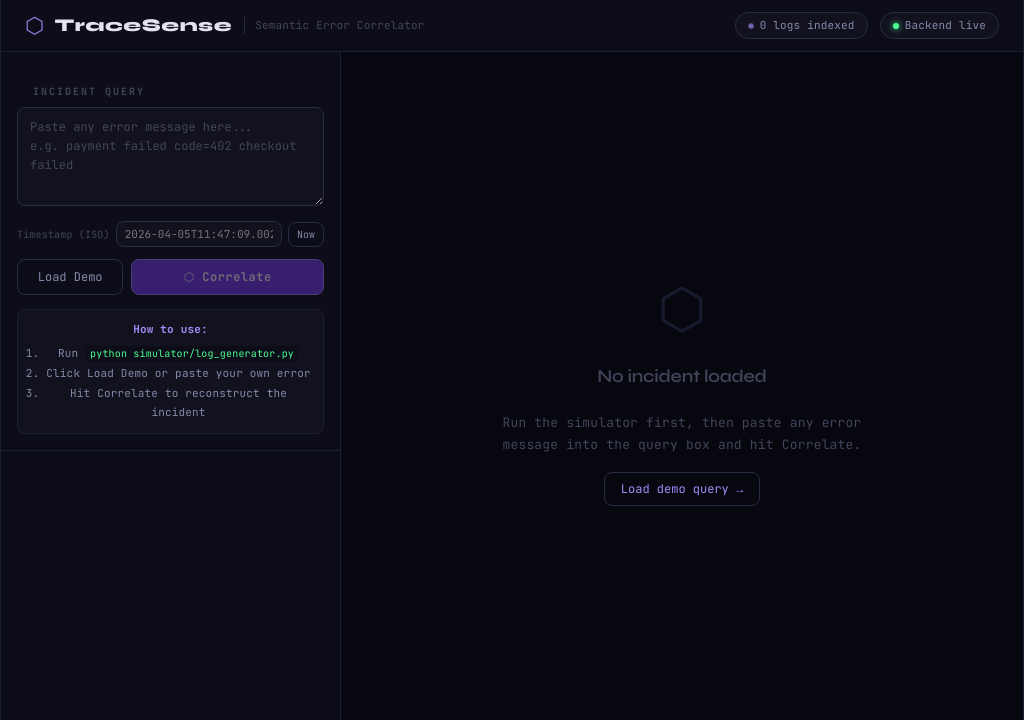
Repository: SaranyaM15/AI_Engineer_Journey
Page: / (app in tracesense/frontend/)
An editor plug-in stored every save of this project. The page is shown before and after the next save, followed by the edit.
The browser window is 1024 px wide. The pictures show the whole page.
The page's requests for data from a server got no answer. The project was rebuilt for these pictures with package versions that can differ from the ones it lists, and the page was loaded fresh each time. No one was signed in, and anything a server would have sent is missing. Also part of the build but not shown: tracesense/frontend/vite.config.js, tracesense/frontend/src/components/Timeline.jsx, tracesense/frontend/src/components/LogFeed.jsx.

Above is the page before, as saved 2026-04-05 13:13:16.

### tracesense/frontend/src/index.css
:root {
  --text: #6b6375;
  --text-h: #08060d;
  --bg: #fff;
  --border: #e5e4e7;
  --code-bg: #f4f3ec;
  --accent: #aa3bff;
  --accent-bg: rgba(170, 59, 255, 0.1);
  --accent-border: rgba(170, 59, 255, 0.5);
  --social-bg: rgba(244, 243, 236, 0.5);
  --shadow:
    rgba(0, 0, 0, 0.1) 0 10px 15px -3px, rgba(0, 0, 0, 0.05) 0 4px 6px -2px;

  --sans: system-ui, 'Segoe UI', Roboto, sans-serif;
  --heading: system-ui, 'Segoe UI', Roboto, sans-serif;
  --mono: ui-monospace, Consolas, monospace;

  font: 18px/145% var(--sans);
  letter-spacing: 0.18px;
  color-scheme: light dark;
  color: var(--text);
  background: var(--bg);
  font-synthesis: none;
  text-rendering: optimizeLegibility;
  -webkit-font-smoothing: antialiased;
  -moz-osx-font-smoothing: grayscale;

  @media (max-width: 1024px) {
    font-size: 16px;
  }
}

@media (prefers-color-scheme: dark) {
  :root {
    --text: #9ca3af;
    --text-h: #f3f4f6;
    --bg: #16171d;
    --border: #2e303a;
    --code-bg: #1f2028;
    --accent: #c084fc;
    --accent-bg: rgba(192, 132, 252, 0.15);
    --accent-border: rgba(192, 132, 252, 0.5);
    --social-bg: rgba(47, 48, 58, 0.5);
    --shadow:
      rgba(0, 0, 0, 0.4) 0 10px 15px -3px, rgba(0, 0, 0, 0.25) 0 4px 6px -2px;
  }

  #social .button-icon {
    filter: invert(1) brightness(2);
  }
}

body {
  margin: 0;
}

#root {
  width: 1126px;
  max-width: 100%;
  margin: 0 auto;
  text-align: center;
  border-inline: 1px solid var(--border);
  min-height: 100svh;
  display: flex;
  flex-direction: column;
  box-sizing: border-box;
}

h1,
h2 {
  font-family: var(--heading);
  font-weight: 500;
  color: var(--text-h);
}

h1 {
  font-size: 56px;
  letter-spacing: -1.68px;
  margin: 32px 0;
  @media (max-width: 1024px) {
    font-size: 36px;
    margin: 20px 0;
  }
}
h2 {
  font-size: 24px;
  line-height: 118%;
  letter-spacing: -0.24px;
  margin: 0 0 8px;
  @media (max-width: 1024px) {
    font-size: 20px;
  }
}
p {
  margin: 0;
}

code,
.counter {
  font-family: var(--mono);
  display: inline-flex;
  border-radius: 4px;
  color: var(--text-h);
}

code {
  font-size: 15px;
  line-height: 135%;
  padding: 4px 8px;
  background: var(--code-bg);
}

### tracesense/frontend/src/App.jsx
import { useState, useEffect } from "react";
import axios from "axios";
import Timeline from "./components/Timeline";
import QueryPanel from "./components/QueryPanel";
import LogFeed from "./components/LogFeed";
import "./App.css";

const API = "http://localhost:8000";

export default function App() {
  const [query, setQuery] = useState("");
  const [timestamp, setTimestamp] = useState("");
  const [cluster, setCluster] = useState(null);
  const [loading, setLoading] = useState(false);
  const [logCount, setLogCount] = useState(0);
  const [error, setError] = useState(null);
  const [simulatorRunning, setSimulatorRunning] = useState(false);

  useEffect(() => {
    fetchLogCount();
    const interval = setInterval(fetchLogCount, 5000);
    return () => clearInterval(interval);
  }, []);

  async function fetchLogCount() {
    try {
      const res = await axios.get(`${API}/logs/count`);
      setLogCount(res.data.total_logs_stored);
    } catch {
      // backend not reachable yet
    }
  }

  async function runCorrelation() {
    if (!query.trim()) return;
    setLoading(true);
    setError(null);
    setCluster(null);

    const ts = timestamp || new Date().toISOString();

    try {
      const res = await axios.post(`${API}/correlate`, {
        message: query,
        timestamp: ts,
      });
      setCluster(res.data);
    } catch (e) {
      setError("Could not reach backend. Make sure uvicorn is running on :8000");
    } finally {
      setLoading(false);
    }
  }

  function handleDemo() {
    setQuery("payment failed code=402 checkout failed");
    setTimestamp("2026-04-05T11:47:09.002Z");
  }

  return (
    <div className="app">
      {/* Top Bar */}
      <header className="topbar">
        <div className="topbar-left">
          <span className="logo-icon">⬡</span>
          <span className="logo-text">TraceSense</span>
          <span className="logo-sub">Semantic Error Correlator</span>
        </div>
        <div className="topbar-right">
          <div className="stat-pill">
            <span className="stat-dot pulse" />
            <span>{logCount.toLocaleString()} logs indexed</span>
          </div>
          <div className="status-pill">
            <span className="status-dot" />
            <span>Backend live</span>
          </div>
        </div>
      </header>

      <div className="layout">
        {/* Left Panel */}
        <aside className="left-panel">
          <QueryPanel
            query={query}
            setQuery={setQuery}
            timestamp={timestamp}
            setTimestamp={setTimestamp}
            onCorrelate={runCorrelation}
            onDemo={handleDemo}
            loading={loading}
          />
          {cluster && (
            <LogFeed cluster={cluster} />
          )}
        </aside>

        {/* Main Timeline */}
        <main className="main-panel">
          {!cluster && !loading && (
            <div className="empty-state">
              <div className="empty-icon">⬡</div>
              <h2>No incident loaded</h2>
              <p>
                Run the simulator first, then paste any error message into
                the query box and hit Correlate.
              </p>
              <button className="demo-hint" onClick={handleDemo}>
                Load demo query →
              </button>
            </div>
          )}
          {loading && (
            <div className="empty-state">
              <div className="spinner" />
              <p>Correlating across services...</p>
            </div>
          )}
          {error && (
            <div className="empty-state error-state">
              <p>{error}</p>
            </div>
          )}
          {cluster && !loading && (
            <Timeline cluster={cluster} />
          )}
        </main>
      </div>
    </div>
  );
}

### tracesense/frontend/src/components/QueryPanel.jsx
export default function QueryPanel({
  query, setQuery, timestamp, setTimestamp,
  onCorrelate, onDemo, loading
}) {
  return (
    <div className="query-panel">
      <div className="panel-label">INCIDENT QUERY</div>

      <textarea
        className="query-input"
        placeholder="Paste any error message here...&#10;e.g. payment failed code=402 checkout failed"
        value={query}
        onChange={e => setQuery(e.target.value)}
        rows={4}
      />

      <div className="ts-row">
        <label className="ts-label">Timestamp (ISO)</label>
        <input
          className="ts-input"
          placeholder="2026-04-05T11:47:09.002Z"
          value={timestamp}
          onChange={e => setTimestamp(e.target.value)}
        />
        <button
          className="now-btn"
          onClick={() => setTimestamp(new Date().toISOString())}
        >
          Now
        </button>
      </div>

      <div className="btn-row">
        <button className="demo-btn" onClick={onDemo}>
          Load Demo
        </button>
        <button
          className="correlate-btn"
          onClick={onCorrelate}
          disabled={loading || !query.trim()}
        >
          {loading ? "Correlating..." : "⬡ Correlate"}
        </button>
      </div>

      <div className="hint-box">
        <strong>How to use:</strong>
        <ol>
          <li>Run <code>python simulator/log_generator.py</code></li>
          <li>Click <em>Load Demo</em> or paste your own error</li>
          <li>Hit <em>Correlate</em> to reconstruct the incident</li>
        </ol>
      </div>
    </div>
  );
}

### tracesense/frontend/src/App.css
@import url('https://fonts.googleapis.com/css2?family=JetBrains+Mono:wght@400;500;700&family=Syne:wght@400;600;800&display=swap');

/* ── Variables ── */
:root {
  --bg:         #070710;
  --bg2:        #0d0d1a;
  --bg3:        #12121f;
  --border:     #1e1e35;
  --border2:    #2a2a45;
  --accent:     #a78bfa;
  --accent2:    #7c3aed;
  --text:       #e2e2f0;
  --text2:      #8888aa;
  --text3:      #44445a;
  --mono:       'JetBrains Mono', monospace;
  --display:    'Syne', sans-serif;
  --error:      #ff4d4d;
  --warn:       #f5a623;
  --info:       #4dff91;
  --radius:     8px;
}

/* ── Reset ── */
*, *::before, *::after { box-sizing: border-box; margin: 0; padding: 0; }

body {
  background:  var(--bg);
  color:       var(--text);
  font-family: var(--mono);
  font-size:   13px;
  line-height: 1.5;
  overflow:    hidden;
  height:      100vh;
}

#root { height: 100vh; display: flex; flex-direction: column; }

/* ── App Layout ── */
.app {
  display:        flex;
  flex-direction: column;
  height:         100vh;
  overflow:       hidden;
}

/* ── Topbar ── */
.topbar {
  display:         flex;
  align-items:     center;
  justify-content: space-between;
  padding:         0 24px;
  height:          52px;
  background:      var(--bg2);
  border-bottom:   1px solid var(--border);
  flex-shrink:     0;
}

.topbar-left {
  display:     flex;
  align-items: center;
  gap:         10px;
}

.logo-icon {
  color:       var(--accent);
  font-size:   22px;
  line-height: 1;
  animation:   pulse-icon 3s ease-in-out infinite;
}

@keyframes pulse-icon {
  0%, 100% { opacity: 1; }
  50%       { opacity: 0.5; }
}

.logo-text {
  font-family: var(--display);
  font-weight: 800;
  font-size:   18px;
  letter-spacing: 0.5px;
  color:       var(--text);
}

.logo-sub {
  color:       var(--text3);
  font-size:   11px;
  border-left: 1px solid var(--border2);
  padding-left: 10px;
  margin-left:  2px;
}

.topbar-right {
  display:     flex;
  align-items: center;
  gap:         12px;
}

.stat-pill, .status-pill {
  display:       flex;
  align-items:   center;
  gap:           6px;
  padding:       4px 12px;
  border-radius: 20px;
  border:        1px solid var(--border2);
  background:    var(--bg3);
  font-size:     11px;
  color:         var(--text2);
}

.stat-dot {
  width:         6px;
  height:        6px;
  border-radius: 50%;
  background:    var(--accent);
}

.stat-dot.pulse {
  animation: dot-pulse 2s ease-in-out infinite;
}

@keyframes dot-pulse {
  0%, 100% { opacity: 1; transform: scale(1); }
  50%       { opacity: 0.4; transform: scale(0.8); }
}

.status-dot {
  width:         6px;
  height:        6px;
  border-radius: 50%;
  background:    var(--info);
  box-shadow:    0 0 6px var(--info);
}

/* ── Main Layout ── */
.layout {
  display:  flex;
  flex:     1;
  overflow: hidden;
}

/* ── Left Panel ── */
.left-panel {
  width:        340px;
  flex-shrink:  0;
  background:   var(--bg2);
  border-right: 1px solid var(--border);
  display:      flex;
  flex-direction: column;
  overflow:     hidden;
}

.panel-label {
  font-size:      10px;
  letter-spacing: 2px;
  color:          var(--text3);
  font-weight:    700;
  padding:        16px 16px 8px;
  display:        flex;
  align-items:    center;
  gap:            8px;
}

.count-badge {
  background:    var(--accent2);
  color:         white;
  border-radius: 10px;
  padding:       1px 7px;
  font-size:     10px;
}

/* ── Query Panel ── */
.query-panel {
  padding:     16px;
  border-bottom: 1px solid var(--border);
  flex-shrink: 0;
}

.query-input {
  width:        100%;
  background:   var(--bg3);
  border:       1px solid var(--border2);
  border-radius: var(--radius);
  color:        var(--text);
  font-family:  var(--mono);
  font-size:    12px;
  padding:      10px 12px;
  resize:       vertical;
  outline:      none;
  transition:   border-color 0.2s;
  line-height:  1.6;
}

.query-input:focus {
  border-color: var(--accent);
}

.query-input::placeholder { color: var(--text3); }

.ts-row {
  display:     flex;
  align-items: center;
  gap:         6px;
  margin-top:  10px;
}

.ts-label {
  font-size:   10px;
  color:       var(--text3);
  white-space: nowrap;
}

.ts-input {
  flex:         1;
  background:   var(--bg3);
  border:       1px solid var(--border2);
  border-radius: var(--radius);
  color:        var(--text2);
  font-family:  var(--mono);
  font-size:    11px;
  padding:      5px 8px;
  outline:      none;
  min-width:    0;
}

.ts-input:focus { border-color: var(--accent); }

.now-btn {
  background:    transparent;
  border:        1px solid var(--border2);
  border-radius: var(--radius);
  color:         var(--text2);
  font-family:   var(--mono);
  font-size:     10px;
  padding:       5px 8px;
  cursor:        pointer;
  white-space:   nowrap;
  transition:    all 0.15s;
}

.now-btn:hover {
  border-color: var(--accent);
  color:        var(--accent);
}

.btn-row {
  display:    flex;
  gap:        8px;
  margin-top: 12px;
}

.demo-btn {
  flex:          1;
  background:    transparent;
  border:        1px solid var(--border2);
  border-radius: var(--radius);
  color:         var(--text2);
  font-family:   var(--mono);
  font-size:     12px;
  padding:       9px;
  cursor:        pointer;
  transition:    all 0.15s;
}

.demo-btn:hover {
  border-color: var(--accent);
  color:        var(--accent);
}

.correlate-btn {
  flex:          2;
  background:    var(--accent2);
  border:        1px solid var(--accent);
  border-radius: var(--radius);
  color:         white;
  font-family:   var(--mono);
  font-size:     12px;
  font-weight:   700;
  padding:       9px;
  cursor:        pointer;
  transition:    all 0.15s;
  letter-spacing: 0.5px;
}

.correlate-btn:hover:not(:disabled) {
  background: var(--accent);
  box-shadow: 0 0 20px var(--accent2);
}

.correlate-btn:disabled {
  opacity: 0.4;
  cursor: not-allowed;
}

.hint-box {
  margin-top:    14px;
  background:    var(--bg3);
  border:        1px solid var(--border);
  border-radius: var(--radius);
  padding:       10px 12px;
  font-size:     11px;
  color:         var(--text2);
  line-height:   1.8;
}

.hint-box strong { color: var(--accent); }
.hint-box ol { padding-left: 16px; margin-top: 4px; }
.hint-box code {
  background:    var(--bg2);
  padding:       1px 5px;
  border-radius: 4px;
  color:         var(--info);
  font-size:     10px;
}

/* ── Log Feed ── */
.log-feed {
  flex:      1;
  overflow:  hidden;
  display:   flex;
  flex-direction: column;
}

.log-list {
  flex:       1;
  overflow-y: auto;
  padding:    8px;
  display:    flex;
  flex-direction: column;
  gap:        6px;
}

.log-list::-webkit-scrollbar { width: 4px; }
.log-list::-webkit-scrollbar-track { background: transparent; }
.log-list::-webkit-scrollbar-thumb { background: var(--border2); border-radius: 2px; }

.log-card {
  background:    var(--bg3);
  border:        1px solid var(--border);
  border-radius: var(--radius);
  padding:       10px;
  transition:    border-color 0.15s;
  animation:     slide-in 0.3s ease both;
}

@keyframes slide-in {
  from { opacity: 0; transform: translateX(-10px); }
  to   { opacity: 1; transform: translateX(0); }
}

.log-card:hover { border-color: var(--border2); }

.log-card-top {
  display:     flex;
  align-items: center;
  gap:         6px;
  margin-bottom: 5px;
}

.log-icon   { font-size: 14px; }
.log-level  { font-size: 10px; font-weight: 700; letter-spacing: 1px; }
.log-service { flex: 1; font-size: 11px; color: var(--text2); }
.log-score  { font-size: 11px; color: var(--accent); font-weight: 700; }

.log-message {
  font-size:   11px;
  color:       var(--text);
  line-height: 1.5;
  word-break:  break-word;
  margin-bottom: 6px;
}

.log-meta {
  display:         flex;
  justify-content: space-between;
  align-items:     center;
  font-size:       10px;
  color:           var(--text3);
}

.score-bars {
  display: flex;
  gap:     8px;
}

.score-bars span { color: var(--text3); }

.conf-bar-bg {
  height:        2px;
  background:    var(--border);
  border-radius: 1px;
  margin-top:    6px;
  overflow:      hidden;
}

.conf-bar-fill {
  height:     100%;
  background: linear-gradient(90deg, var(--accent2), var(--accent));
  border-radius: 1px;
  transition: width 0.5s ease;
}

/* ── Main Panel ── */
.main-panel {
  flex:       1;
  overflow-y: auto;
  padding:    24px;
}

.main-panel::-webkit-scrollbar { width: 5px; }
.main-panel::-webkit-scrollbar-track { background: transparent; }
.main-panel::-webkit-scrollbar-thumb { background: var(--border2); border-radius: 3px; }

/* ── Empty State ── */
.empty-state {
  display:         flex;
  flex-direction:  column;
  align-items:     center;
  justify-content: center;
  height:          100%;
  gap:             16px;
  text-align:      center;
  color:           var(--text2);
  animation:       fade-in 0.4s ease;
}

@keyframes fade-in {
  from { opacity: 0; }
  to   { opacity: 1; }
}

.empty-icon {
  font-size:  56px;
  color:      var(--border2);
  animation:  pulse-icon 4s ease-in-out infinite;
}

.empty-state h2 {
  font-family: var(--display);
  font-weight: 600;
  color:       var(--text3);
  font-size:   18px;
}

.empty-state p {
  max-width:  380px;
  color:      var(--text3);
  font-size:  13px;
  line-height: 1.7;
}

.demo-hint {
  background:    transparent;
  border:        1px solid var(--border2);
  border-radius: var(--radius);
  color:         var(--accent);
  font-family:   var(--mono);
  font-size:     12px;
  padding:       8px 16px;
  cursor:        pointer;
  transition:    all 0.15s;
}

.demo-hint:hover {
  border-color: var(--accent);
  box-shadow:   0 0 14px var(--accent2);
}

.error-state { color: var(--error); }

/* ── Spinner ── */
.spinner {
  width:         36px;
  height:        36px;
  border:        3px solid var(--border2);
  border-top:    3px solid var(--accent);
  border-radius: 50%;
  animation:     spin 0.8s linear infinite;
}

@keyframes spin {
  to { transform: rotate(360deg); }
}

/* ── Timeline ── */
.timeline-wrap {
  display:        flex;
  flex-direction: column;
  gap:            20px;
  animation:      fade-in 0.4s ease;
}

.timeline-header {
  border-bottom: 1px solid var(--border);
  padding-bottom: 16px;
}

.tl-title {
  font-family: var(--display);
  font-weight: 700;
  font-size:   20px;
  color:       var(--text);
  display:     flex;
  align-items: center;
  gap:         12px;
  margin-bottom: 6px;
}

.tl-badge {
  font-family:   var(--mono);
  font-size:     11px;
  font-weight:   400;
  background:    var(--accent2);
  color:         white;
  padding:       2px 10px;
  border-radius: 10px;
}

.tl-query {
  font-size:  12px;
  color:      var(--text3);
}

.tl-query em {
  color:      var(--accent);
  font-style: normal;
}

/* ── Swim Lanes ── */
.swim-container {
  display:        flex;
  flex-direction: column;
  gap:            0;
}

.swim-lane {
  display:     flex;
  align-items: stretch;
  min-height:  80px;
  border-bottom: 1px solid var(--border);
}

.swim-lane:last-child { border-bottom: none; }

.lane-label {
  width:          160px;
  flex-shrink:    0;
  display:        flex;
  align-items:    center;
  gap:            8px;
  padding:        16px 12px;
  border-left:    3px solid transparent;
  font-size:      11px;
  color:          var(--text2);
  background:     var(--bg2);
}

.lane-dot {
  width:         8px;
  height:        8px;
  border-radius: 50%;
  flex-shrink:   0;
}

.lane-track {
  flex:       1;
  position:   relative;
  padding:    16px 20px;
  display:    flex;
  flex-direction: column;
  gap:        10px;
}

.lane-line {
  position:     absolute;
  left:         0;
  right:        0;
  top:          50%;
  height:       1px;
  border-top:   1px dashed;
  pointer-events: none;
  z-index:      0;
}

.lane-event {
  display:     flex;
  align-items: flex-start;
  gap:         12px;
  position:    relative;
  z-index:     1;
}

.event-dot {
  width:         14px;
  height:        14px;
  border-radius: 50%;
  border:        2px solid;
  flex-shrink:   0;
  margin-top:    3px;
  cursor:        pointer;
  transition:    transform 0.15s;
}

.event-dot:hover { transform: scale(1.4); }

.event-card {
  background:    var(--bg3);
  border:        1px solid var(--border);
  border-left:   3px solid;
  border-radius: var(--radius);
  padding:       8px 12px;
  flex:          1;
  animation:     slide-in 0.3s ease both;
}

.event-card-top {
  display:     flex;
  align-items: center;
  gap:         8px;
  margin-bottom: 4px;
}

.event-level {
  font-size:      10px;
  font-weight:    700;
  letter-spacing: 1px;
}

.event-time  { font-size: 10px; color: var(--text3); }
.event-score { font-size: 10px; color: var(--accent); margin-left: auto; }

.event-message {
  font-size:  11px;
  color:      var(--text);
  word-break: break-word;
  line-height: 1.5;
}

/* ── Root Cause Banner ── */
.root-cause-banner {
  display:       flex;
  align-items:   center;
  gap:           12px;
  background:    linear-gradient(135deg, #1a0a2e, #0d0d1a);
  border:        1px solid var(--accent2);
  border-radius: var(--radius);
  padding:       12px 18px;
  font-size:     12px;
  box-shadow:    0 0 24px #7c3aed22;
}

.rc-label {
  color:          var(--accent);
  font-weight:    700;
  letter-spacing: 1px;
  font-size:      10px;
  white-space:    nowrap;
}

.rc-service {
  background:    var(--accent2);
  color:         white;
  padding:       2px 10px;
  border-radius: 10px;
  font-size:     11px;
  white-space:   nowrap;
}

.rc-message {
  flex:      1;
  color:     var(--text2);
  font-size: 11px;
  overflow:  hidden;
  text-overflow: ellipsis;
  white-space:   nowrap;
}

.rc-time {
  color:      var(--text3);
  font-size:  11px;
  white-space: nowrap;
}

/* ── Canvas ── */
.connector-canvas {
  z-index: 2;
}

Loaded but not shown: tracesense/frontend/src/main.jsx (common file)

After the next save:
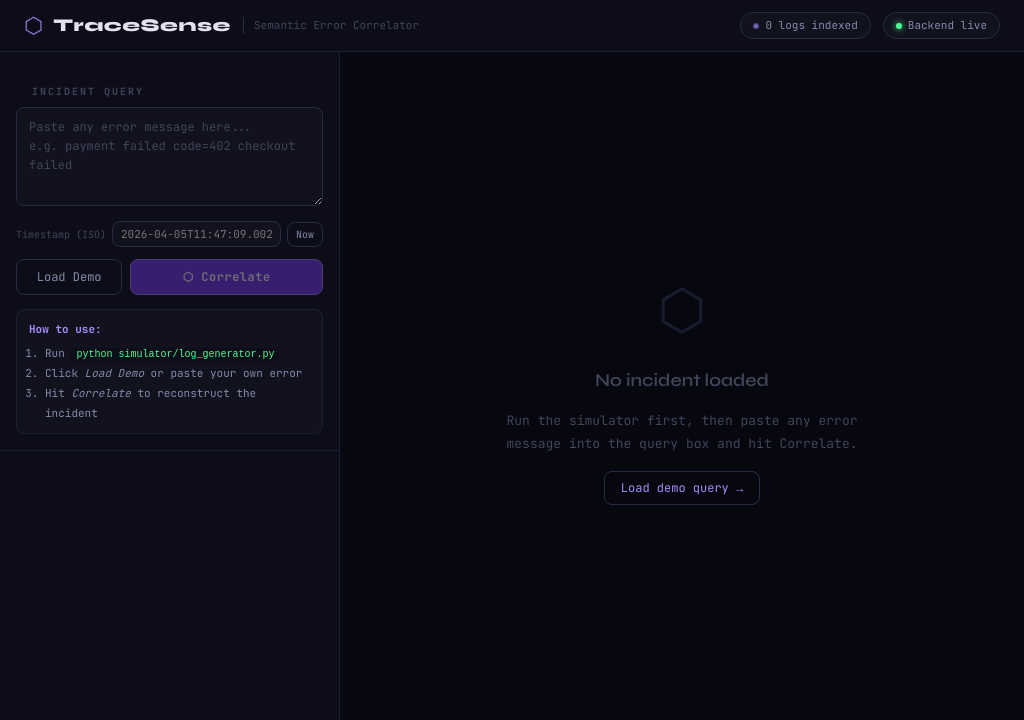
Saved 15 s later.
--- a/tracesense/frontend/src/index.css
+++ b/tracesense/frontend/src/index.css
@@ -1,111 +1,10 @@
-:root {
-  --text: #6b6375;
-  --text-h: #08060d;
-  --bg: #fff;
-  --border: #e5e4e7;
-  --code-bg: #f4f3ec;
-  --accent: #aa3bff;
-  --accent-bg: rgba(170, 59, 255, 0.1);
-  --accent-border: rgba(170, 59, 255, 0.5);
-  --social-bg: rgba(244, 243, 236, 0.5);
-  --shadow:
-    rgba(0, 0, 0, 0.1) 0 10px 15px -3px, rgba(0, 0, 0, 0.05) 0 4px 6px -2px;
-
-  --sans: system-ui, 'Segoe UI', Roboto, sans-serif;
-  --heading: system-ui, 'Segoe UI', Roboto, sans-serif;
-  --mono: ui-monospace, Consolas, monospace;
-
-  font: 18px/145% var(--sans);
-  letter-spacing: 0.18px;
-  color-scheme: light dark;
-  color: var(--text);
-  background: var(--bg);
-  font-synthesis: none;
-  text-rendering: optimizeLegibility;
-  -webkit-font-smoothing: antialiased;
-  -moz-osx-font-smoothing: grayscale;
-
-  @media (max-width: 1024px) {
-    font-size: 16px;
-  }
+*, *::before, *::after {
+  box-sizing: border-box;
+  margin: 0;
+  padding: 0;
 }
 
-@media (prefers-color-scheme: dark) {
-  :root {
-    --text: #9ca3af;
-    --text-h: #f3f4f6;
-    --bg: #16171d;
-    --border: #2e303a;
-    --code-bg: #1f2028;
-    --accent: #c084fc;
-    --accent-bg: rgba(192, 132, 252, 0.15);
-    --accent-border: rgba(192, 132, 252, 0.5);
-    --social-bg: rgba(47, 48, 58, 0.5);
-    --shadow:
-      rgba(0, 0, 0, 0.4) 0 10px 15px -3px, rgba(0, 0, 0, 0.25) 0 4px 6px -2px;
-  }
-
-  #social .button-icon {
-    filter: invert(1) brightness(2);
-  }
+html, body, #root {
+  height: 100%;
+  overflow: hidden;
 }
-
-body {
-  margin: 0;
-}
-
-#root {
-  width: 1126px;
-  max-width: 100%;
-  margin: 0 auto;
-  text-align: center;
-  border-inline: 1px solid var(--border);
-  min-height: 100svh;
-  display: flex;
-  flex-direction: column;
-  box-sizing: border-box;
-}
-
-h1,
-h2 {
-  font-family: var(--heading);
-  font-weight: 500;
-  color: var(--text-h);
-}
-
-h1 {
-  font-size: 56px;
-  letter-spacing: -1.68px;
-  margin: 32px 0;
-  @media (max-width: 1024px) {
-    font-size: 36px;
-    margin: 20px 0;
-  }
-}
-h2 {
-  font-size: 24px;
-  line-height: 118%;
-  letter-spacing: -0.24px;
-  margin: 0 0 8px;
-  @media (max-width: 1024px) {
-    font-size: 20px;
-  }
-}
-p {
-  margin: 0;
-}
-
-code,
-.counter {
-  font-family: var(--mono);
-  display: inline-flex;
-  border-radius: 4px;
-  color: var(--text-h);
-}
-
-code {
-  font-size: 15px;
-  line-height: 135%;
-  padding: 4px 8px;
-  background: var(--code-bg);
-}
